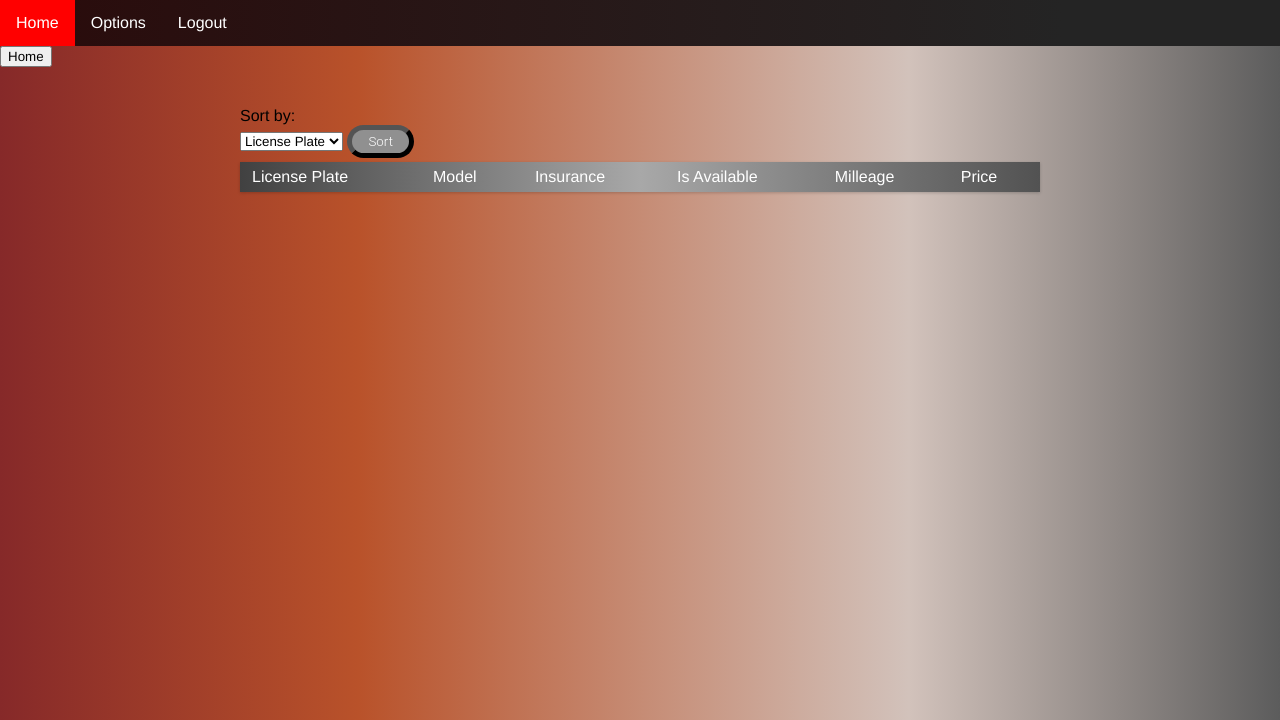
Repository: kensevv/nevexisDemos
Page: http://localhost/Car_Rental_Management_System/VehicleList.jsp
An editor plug-in stored every save of this project. The page is shown before and after the next save, followed by the edit.
The browser window is 1280 px wide. The pictures show the whole page.
The page is served by Tomcat 9. Nobody is signed in. The application's start-up code is not run. Other server files are loaded and not shown. The template is opened directly, without the code that normally fills it, so the values that code supplies are empty.

Above is the page before, as saved 2021-03-25 22:59:45.

### Car_Rental_Management_System/src/main/webapp/VehicleList.jsp

<%@ page language="java" contentType="text/html; charset=UTF-8"
	pageEncoding="UTF-8"%>
<%@ taglib uri="http://java.sun.com/jsp/jstl/core" prefix="c"%>

<!DOCTYPE html>
<html>
<head>
<meta charset="ISO-8859-1">
<title>Vehicle List</title>
</head>
<body>
	<div class="navbar">
		<a href="home.jsp">Home</a>
		<div class="dropdown">
			<button class="dropbtn">
				Options <i class="fa fa-caret-down"></i>
			</button>
			<div class="dropdown-content">
				<a href="list">List All Vehicles</a>
				<a href="VehicleForm.jsp">Add new Vehicle</a>
				<a href="removeForm">Remove Vehicle</a>
				<a href="edit">Modify Vehicle</a>
			</div>
		</div>
		<a href="login.jsp">Logout</a>
	</div>
	<form action="home.jsp" class="inline">
		<button>Home</button>
	</form>
	<div class="wrapper">
		<label for="orderBy">Sort by:</label>
		<form method="get" action="list">
			<select name="orderBy" id="car">
				<option value="licPlate">License Plate</option>
				<option value="model">Model</option>
				<option value="insurance">Insurance</option>
				<option value="isAvailable">Is available</option>
				<option value="milleage">Milleage</option>
				<option value="price">Price</option>
			</select>
			<button type="submit" class="button">Sort</button>
		</form>

		<div class="table">

			<div class="row header">
				<div class="cell">License Plate</div>
				<div class="cell">Model</div>
				<div class="cell">Insurance</div>
				<div class="cell">Is Available</div>
				<div class="cell">Milleage</div>
				<div class="cell">Price</div>
			</div>
			<c:forEach var="vehicle" items="${listVehicle}">
				<div class="row">
					<div class="cell" data-title="licPlate">
						<c:out value="${vehicle.licPlate}" />
					</div>
					<div class="cell" data-title="Model">
						<c:out value="${vehicle.model}" />
					</div>
					<div class="cell" data-title="Insurance">
						<c:out value="${vehicle.insurance}" />
					</div>
					<div class="cell" data-title="Is Available">
						<c:out value="${vehicle.isAvailable}" />
					</div>
					<div class="cell" data-title="Milleage">
						<c:out value="${vehicle.milleage}" />
					</div>
					<div class="cell" data-title="Price">
						<c:out value="${vehicle.price}" />
					</div>
				</div>
			</c:forEach>
		</div>
	</div>
</body>
<style><%@include file="css/style.css"%></style>
</html>

### Car_Rental_Management_System/src/main/webapp/css/style.css
@charset "UTF-8";

body, html, div#root {height: 100%; }

body {
    font-size: 16px;
    margin: 0;
    background: rgb(134,41,41);
background: linear-gradient(90deg, rgba(134,41,41,1) 0%, rgba(185,82,42,1) 28%, rgba(210,194,187,1) 71%, rgba(92,92,92,1) 100%);
}

* {
    font-family: Helvetica, sans-serif;
}

div#root {
    display: flex;
    flex-direction: column;
}

main {
    height: 100%;
   background: rgb(134,41,41);
background: linear-gradient(90deg, rgba(134,41,41,1) 0%, rgba(185,82,42,1) 28%, rgba(210,194,187,1) 71%, rgba(92,92,92,1) 100%);
}

header {
    display: flex;
    justify-content: space-between;
    align-items: center;

    padding-left: 5%;
    padding-right: 5%;

    height: 9%;
  }

main {
    display: flex;
    justify-content: center;
    align-content: flex-start;
    flex-wrap: wrap;
}

main{
    padding: 7px;
}

.button {
	display: inline-block;
	padding: 0.3em 1.2em;
	margin: 0 0.3em 0.3em 0;
	border-radius: 2em;
	box-sizing: border-box;
	text-decoration: none;
	font-family: 'Roboto', sans-serif;
	font-weight: 300;
	color: 	white;
	background-color: 	rgb(144,144,144);
	text-align: center;
	transition: all 0.2s;
	border-width: thick;
}

.header {
	color: white;
}

.navbar {
	overflow: hidden;
	background: rgb(42,11,11);
background: linear-gradient(90deg, rgba(42,11,11,1) 0%, rgba(36,36,36,1) 83%);
}

.navbar a {
	float: left;
	font-size: 16px;
	color: white;
	text-align: center;
	padding: 14px 16px;
	text-decoration: none;
}

.dropdown {
	float: left;
	overflow: hidden;
}

.dropdown .dropbtn {
	font-size: 16px;
	border: none;
	outline: none;
	color: white;
	padding: 14px 16px;
	background-color: inherit;
	font-family: inherit;
	margin: 0;
}

.navbar a:hover, .dropdown:hover .dropbtn {
	background-color: red;
}

.dropdown-content {
	display: none;
	position: absolute;
	background-color: #f9f9f9;
	min-width: 160px;
	box-shadow: 0px 8px 16px 0px rgba(0, 0, 0, 0.2);
	z-index: 1;
}

.dropdown-content a {
	float: none;
	color: black;
	padding: 12px 16px;
	text-decoration: none;
	display: block;
	text-align: left;
}

.dropdown-content a:hover {
	background-color: #ddd;
}

.dropdown:hover .dropdown-content {
	display: block;
}

.box {
	position: absolute;
	top: 50%;
	left: 50%;
	transform: translate(-50%, -50%);
}

.box select {
	background-color: rgb(80,80,80);
	color: white;
	padding: 12px;
	width: 250px;
	border: none;
	font-size: 20px;
	box-shadow: 0 5px 25px rgba(0, 0, 0, 0.2);
	-webkit-appearance: button;
	appearance: button;
	outline: none;
}

.box select option {
	padding: 30px;
	background-color: rgb(190,190,190);
}

.wrapper {
	margin: 0 auto;
	padding: 40px;
	max-width: 800px;
}

.table {
	margin: 0 0 40px 0;
	width: 100%;
	box-shadow: 0 1px 3px rgba(0, 0, 0, 0.2);
	display: table;
}

.row {
	display: table-row;
	background: rgb(65,65,65);
background: linear-gradient(90deg, rgba(65,65,65,1) 0%, rgba(168,168,168,1) 50%, rgba(82,82,82,1) 100%);
}

.cell {
	display: none;
	margin-bottom: 10px;
	padding: 6px 12px;
	display: table-cell;
}

.modify {
	display: flex;
    flex-direction: column;
}

#modifyTitle {
	color: white;
    font-size: larger;
    font-weight: bold;
    font-style: italic;
    background-color: 	rgb(144,144,144);
}

After the next save:
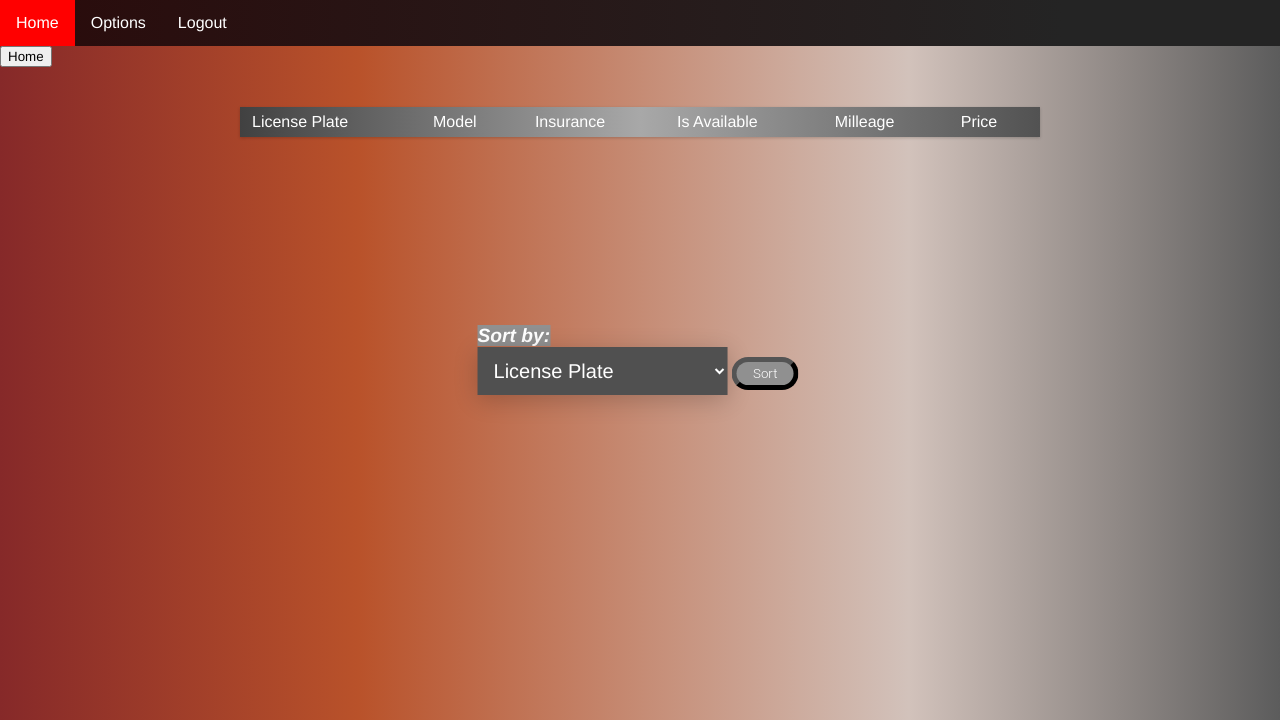
Saved 2 min 2 s later.
--- a/Car_Rental_Management_System/src/main/webapp/VehicleList.jsp
+++ b/Car_Rental_Management_System/src/main/webapp/VehicleList.jsp
@@ -29,7 +29,8 @@
 		<button>Home</button>
 	</form>
 	<div class="wrapper">
-		<label for="orderBy">Sort by:</label>
+	<div class="box">
+		<label for="orderBy" id="modifyTitle">Sort by:</label>
 		<form method="get" action="list">
 			<select name="orderBy" id="car">
 				<option value="licPlate">License Plate</option>
@@ -41,7 +42,7 @@
 			</select>
 			<button type="submit" class="button">Sort</button>
 		</form>
-
+		</div>
 		<div class="table">
 
 			<div class="row header">
